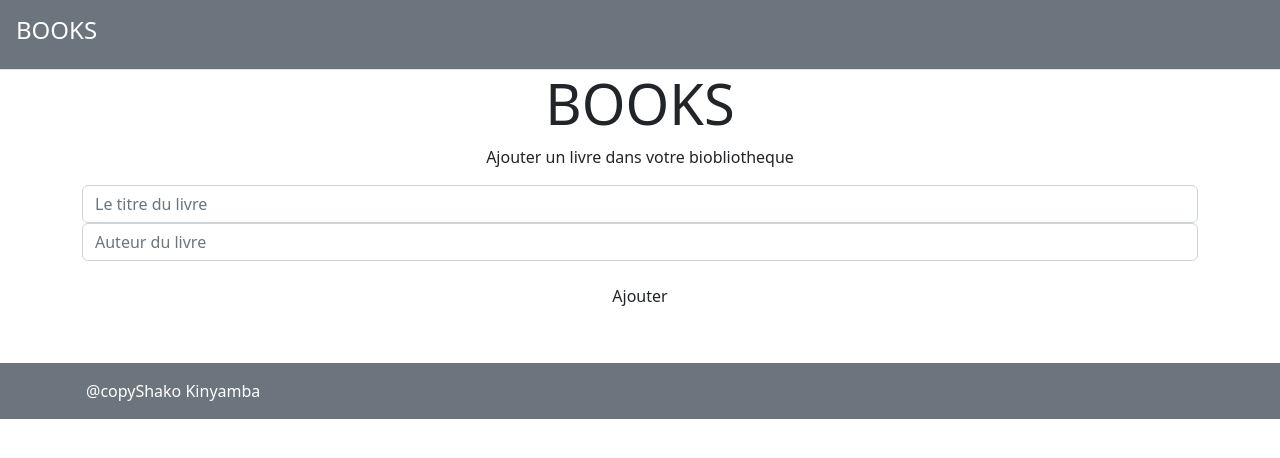
Repository: SKB-TECH/Books
Page: /
The author's editor kept a copy of each file at every save. The page is drawn from the files as they stood at one save, then again after a run of saves.
The browser window is 1280 px wide. The pictures show the whole page.
The project was rebuilt for these pictures with package versions that can differ from the ones it lists, and the page was loaded fresh each time. Also part of the build but not shown: vite.config.js.

Above is the page before, as saved 2022-11-09 15:49:23.

### src/main.jsx
import React from 'react'
import ReactDOM from 'react-dom/client'
import App from './App'
import 'bootstrap/dist/css/bootstrap.min.css'

ReactDOM.createRoot(document.getElementById('root')).render(
  <React.StrictMode>
    <App />
  </React.StrictMode>
)

### src/App.jsx
import React from 'react';
import Footer from './components/Footer';
import Navbar from './components/Navbar';
import AddBooks from './Containers/AddBooks'
const App = () => {
  return (
    <div className='App'>
      <Navbar />
      <AddBooks />
      <Footer />
    </div>
  );
};

export default App;

### src/components/Footer.jsx
import React from 'react';

const Footer = () => {
    return (
        <footer className='footer text-white bg-secondary mt-5'>
            <div className='container p-3'>
                <span>
                    @copyShako Kinyamba
                </span>
            </div>
        </footer>
    );
};

export default Footer;

### src/components/Navbar.jsx
import React from 'react';

const Navbar = () => {
    return (
        <header>
            <div className='d-flex flex-column flex-md-row p-3 border-bottom bg-secondary text-white'>
                <h4 className='mr-md-auto'>
                    <a href="/" className='text-decoration-none text-white'>BOOKS</a>
                </h4>
            </div>
            {/* Menu principl */}
        </header>
    );
};

export default Navbar;

### src/Containers/AddBooks.jsx
import React from 'react';

const AddBooks = () => {
    return (
        <main role="main">
            <div className='jumbotron jumbotron-fluid'>
                <div className='container text-center'>
                    <h1 className='display-4'>
                        BOOKS
                    </h1>
                    <p>
                        Ajouter un livre dans votre biobliotheque
                    </p>

                    <form action="" className='form-inline justify-content-center'>
                        <div className='form-group'>
                            <input type="text"
                                className='form-control'
                                placeholder='Le titre du livre'
                                required
                            />
                        </div>
                        <div className='form-group'>
                            <input type="text"
                                className='form-control ml-3'
                                placeholder='Auteur du livre'
                                required
                            />
                        </div>
                        <div className="form-group">
                            <button className="btn btn outline-secondary mt-3">
                                Ajouter
                            </button>
                        </div>
                    </form>
                </div>
            </div>
        </main>
    );
};

export default AddBooks;

Loaded but not shown: index.html (common file)

After the next 3 saves:
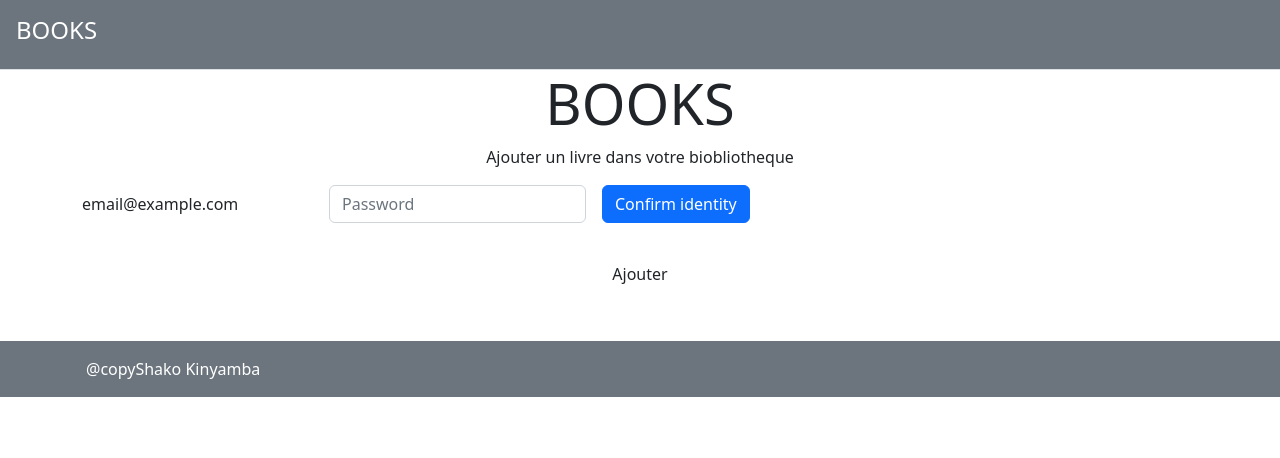
The 3 saves are shown as one change because 2 did not build or start.
The last was saved 3 min 5 s later.
--- a/src/Containers/AddBooks.jsx
+++ b/src/Containers/AddBooks.jsx
@@ -13,20 +13,19 @@ const AddBooks = () => {
                     </p>
 
                     <form action="" className='form-inline justify-content-center'>
-                        <div className='form-group'>
-                            <input type="text"
-                                className='form-control'
-                                placeholder='Le titre du livre'
-                                required
-                            />
-                        </div>
-                        <div className='form-group'>
-                            <input type="text"
-                                className='form-control ml-3'
-                                placeholder='Auteur du livre'
-                                required
-                            />
-                        </div>
+                        <form class="row g-3">
+                            <div class="col-auto">
+                                <label for="staticEmail2" class="visually-hidden">Email</label>
+                                <input type="text" readonly class="form-control-plaintext" id="staticEmail2" value="email@example.com"/>
+                            </div>
+                            <div class="col-auto">
+                                <label for="inputPassword2" class="visually-hidden">Password</label>
+                                <input type="password" class="form-control" id="inputPassword2" placeholder="Password"/>
+                            </div>
+                            <div class="col-auto">
+                                <button type="submit" class="btn btn-primary mb-3">Confirm identity</button>
+                            </div>
+                        </form>
                         <div className="form-group">
                             <button className="btn btn outline-secondary mt-3">
                                 Ajouter
